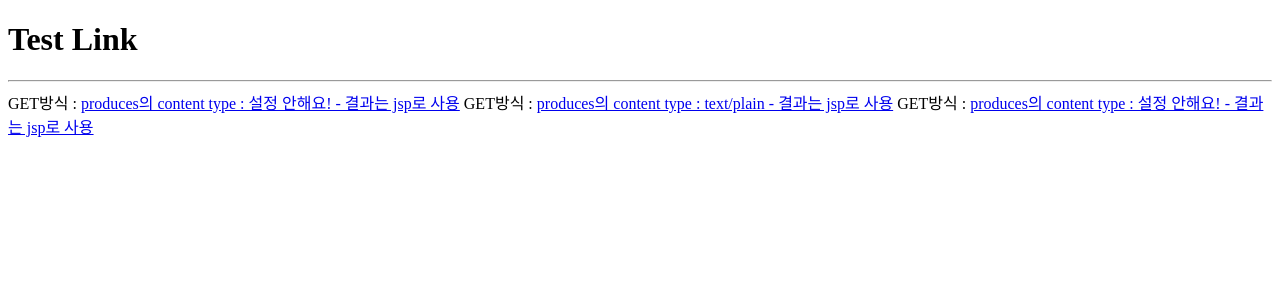
Repository: shashak23/spring_workspace
Page: springweb/src/main/webapp/resources/sample08/reuqestMappingProducesTest.html
The author's editor kept a copy of each file at every save. The page is drawn from the files as they stood at one save, then again after the next save.
The browser window is 1280 px wide. The pictures show the whole page.

Above is the page before, as saved 2023-03-02 01:35:21.

After the next save:
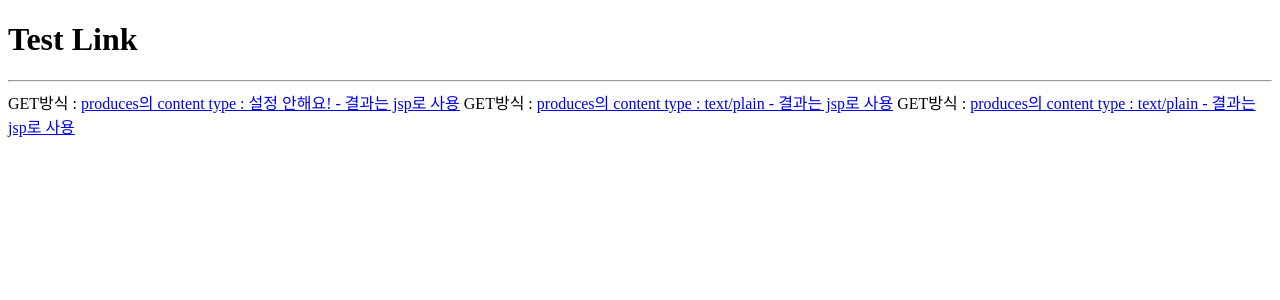
Saved 67 s later.
--- a/springweb/src/main/webapp/resources/sample08/reuqestMappingProducesTest.html
+++ b/springweb/src/main/webapp/resources/sample08/reuqestMappingProducesTest.html
@@ -10,8 +10,8 @@
 	GET방식 :
 	<a href="/springweb/testProduces1">produces의 content type : 설정 안해요! - 결과는 jsp로 사용</a>
 	GET방식 :
-	<a href="/springweb/testProduces1">produces의 content type : text/plain - 결과는 jsp로 사용</a> <!-- 꺽쇠가있는 문자열로 인식함 -->
+	<a href="/springweb/testProduces2">produces의 content type : text/plain - 결과는 jsp로 사용</a> <!-- 꺽쇠가있는 문자열로 인식함 -->
 	GET방식 :
-	<a href="/springweb/testProduces1">produces의 content type : 설정 안해요! - 결과는 jsp로 사용</a>
+	<a href="/springweb/testProduces3">produces의 content type : text/plain - 결과는 jsp로 사용</a>
 </body>
 </html>
